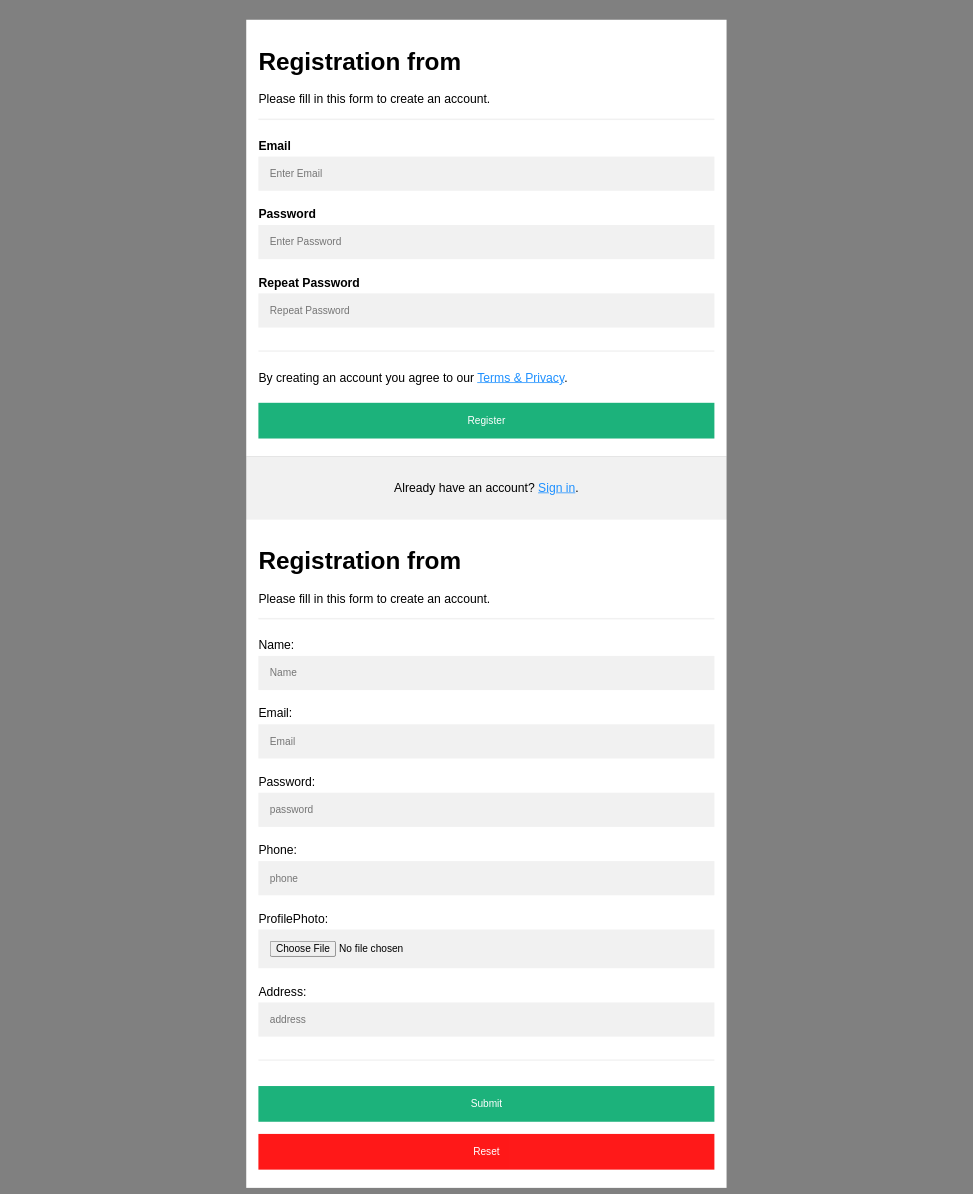
Repository: hemanthchallacs/learning_spring_boot
Page: http://localhost/RegistrationForm
An editor plug-in stored every save of this project. The page is shown before and after the next save, followed by the edit.
The browser window is 1280 px wide. The pictures show the whole page, at 76% of full size.
The page is this project's Thymeleaf template; nobody is signed in. The template is opened directly, without the code that normally fills it, so the values that code supplies are empty.

Above is the page before, as saved 2021-07-12 17:07:57.

### ver1_elearning/src/main/resources/templates/RegistrationForm.html
<!DOCTYPE html>
<html xmlns:th ="http://www.thymeleaf.org">
<head>
<meta charset="ISO-8859-1">
<title>Registration from</title>
<style>
div {

  height: 50%;
  width: 50%;



	margin: auto;
}
body {
  font-family: Arial, Helvetica, sans-serif;
  background-color: gray;
}

* {
  box-sizing: border-box;
}

/* Add padding to containers */
.container {
  padding: 16px;
  background-color: white;
}

/* Full-width input fields */
input[type=file], input[type=password] {
  width: 100%;
  padding: 15px;
  margin: 5px 0 22px 0;
  display: inline-block;
  border: none;
  background: #f1f1f1;
}


input[type=text], input[type=password] {
  width: 100%;
  padding: 15px;
  margin: 5px 0 22px 0;
  display: inline-block;
  border: none;
  background: #f1f1f1;
}

input[type=text]:focus, input[type=password]:focus {
  background-color: #ddd;
  outline: none;
}

/* Overwrite default styles of hr */
hr {
  border: 1px solid #f1f1f1;
  margin-bottom: 25px;
}

/* Set a style for the submit button */
.registerbtn {
  background-color: #04AA6D;
  color: white;
  padding: 16px 20px;
  margin: 8px 0;
  border: none;
  cursor: pointer;
  width: 100%;
  opacity: 0.9;
}

.resetbtn {
  background-color: red;
  color: white;
  padding: 16px 20px;
  margin: 8px 0;
  border: none;
  cursor: pointer;
  width: 100%;
  opacity: 0.9;
}
.registerbtn:hover {
  opacity: 1;
}

/* Add a blue text color to links */
a {
  color: dodgerblue;
}

/* Set a grey background color and center the text of the "sign in" section */
.signin {
  background-color: #f1f1f1;
  text-align: center;
}
</style>
</head>
<body>

<br>


<form action="/action_page.php">
  <div class="container">
    <h1>Registration from</h1>
    <p>Please fill in this form to create an account.</p>
    <hr>

    <label for="email"><b>Email</b></label>
    <input type="text" placeholder="Enter Email" name="email" id="email" required>

    <label for="psw"><b>Password</b></label>
    <input type="password" placeholder="Enter Password" name="psw" id="psw" required>

    <label for="psw-repeat"><b>Repeat Password</b></label>
    <input type="password" placeholder="Repeat Password" name="psw-repeat" id="psw-repeat" required>
    <hr>
    <p>By creating an account you agree to our <a href="#">Terms & Privacy</a>.</p>

    <button type="submit" class="registerbtn">Register</button>
  </div>

  <div class="container signin">
    <p>Already have an account? <a href="#">Sign in</a>.</p>
  </div>
</form>




<form th:action=@{/registerUser}  th:object=${newuser}  method="post" enctype="multipart/form-data">
<!--  UserID:<input type="text" placeholder= "UserID" th:field=*{user_id}>-->
  <div class="container">
 <h1>Registration from</h1>
    <p>Please fill in this form to create an account.</p>
    <hr>
Name:<input type="text" placeholder= "Name" th:field=*{name}>
Email:<input type="text" placeholder= "Email" th:field=*{email}>
Password:<input type="password" placeholder= "password" th:field=*{password}>
Phone:<input type="text" placeholder= "phone" th:field=*{phone_no}>
ProfilePhoto:
<input type="file" accept="image/*"name="image">
<br>
Address:<input type="text" placeholder= "address" th:field=*{address}>
<hr>
<input  class="registerbtn" type="submit" name="Register">
<input class="resetbtn" type="reset" name= "Reset">
</div>


</form>


</body>
</html>

After the next save:
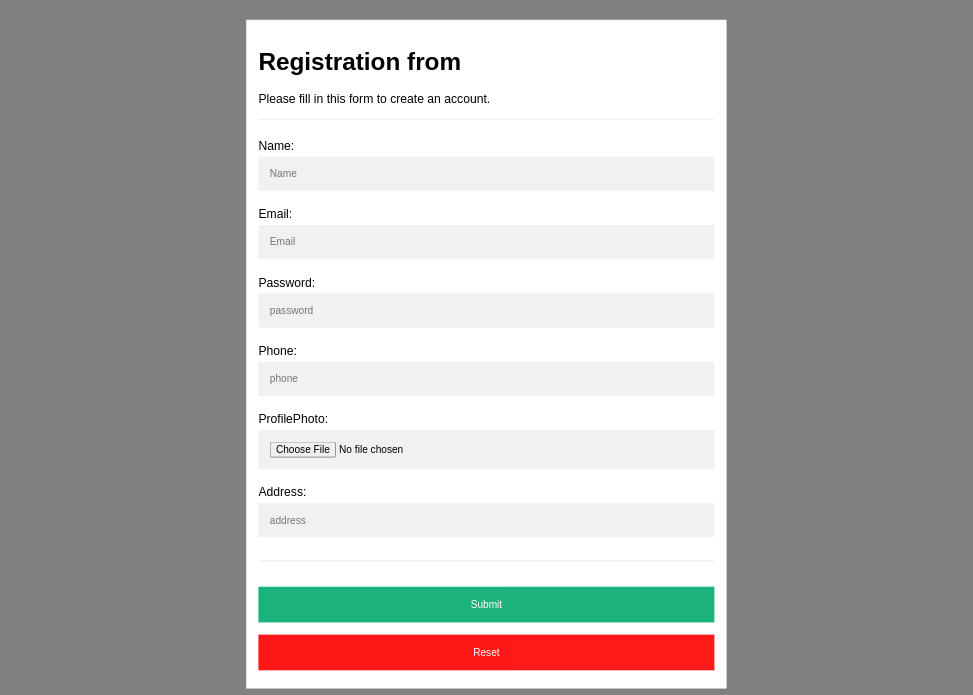
Saved 43 s later.
--- a/ver1_elearning/src/main/resources/templates/RegistrationForm.html
+++ b/ver1_elearning/src/main/resources/templates/RegistrationForm.html
@@ -102,30 +102,7 @@ a {
 <br>
 
 
-<form action="/action_page.php">
-  <div class="container">
-    <h1>Registration from</h1>
-    <p>Please fill in this form to create an account.</p>
-    <hr>
 
-    <label for="email"><b>Email</b></label>
-    <input type="text" placeholder="Enter Email" name="email" id="email" required>
-
-    <label for="psw"><b>Password</b></label>
-    <input type="password" placeholder="Enter Password" name="psw" id="psw" required>
-
-    <label for="psw-repeat"><b>Repeat Password</b></label>
-    <input type="password" placeholder="Repeat Password" name="psw-repeat" id="psw-repeat" required>
-    <hr>
-    <p>By creating an account you agree to our <a href="#">Terms & Privacy</a>.</p>
-
-    <button type="submit" class="registerbtn">Register</button>
-  </div>
-
-  <div class="container signin">
-    <p>Already have an account? <a href="#">Sign in</a>.</p>
-  </div>
-</form>
 
 
 
